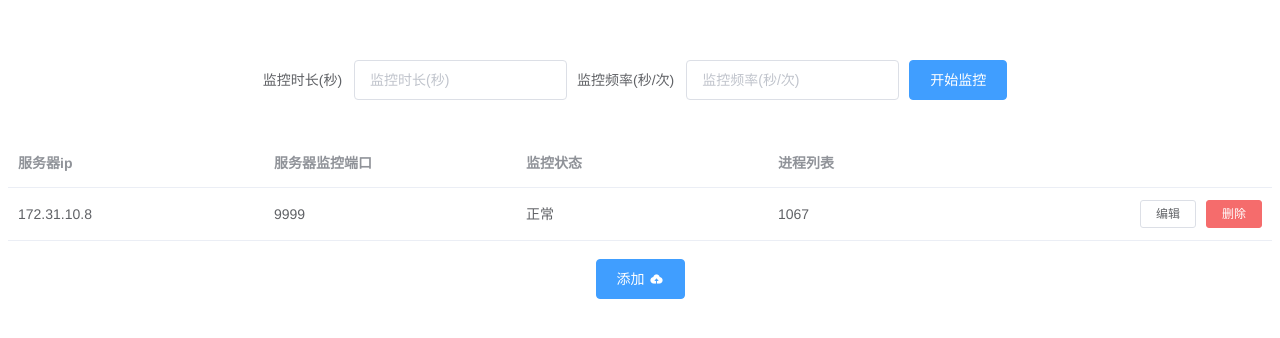
Repository: jiuceng1/monitor
Page: /#/show (app in nmonvue/)
The author's editor kept a copy of each file at every save. The page is drawn from the files as they stood at one save, then again after the next save.
The browser window is 1280 px wide. The pictures show the whole page.
The project was rebuilt for these pictures with package versions that can differ from the ones it lists, and the page was loaded fresh each time. Also part of the build but not shown: nmonvue/src/components/HelloWorld.vue.

Above is the page before, as saved 2022-01-13 16:30:41.

### nmonvue/index.html
<!DOCTYPE html>
<html>
  <head>
    <meta charset="utf-8">
    <meta name="viewport" content="width=device-width,initial-scale=1.0">
    <title>nmonvue</title>
  </head>
  <body>
    <div id="app"></div>
    <!-- built files will be auto injected -->
  </body>
</html>

### nmonvue/src/router/index.js
import Vue from 'vue'
import Router from 'vue-router'
import HelloWorld from '@/components/HelloWorld'

Vue.use(Router)

export default new Router({
  routes: [
    {
      path: '/',
      name: 'HelloWorld',
      component: HelloWorld
    },{
      path: '/show',
      name: 'show',
      component:()=>import('@/view/show')
    }
  ]
})

### nmonvue/src/view/show.vue
<template>
    <div>
        <el-form :inline="true" :model="formInline" class="demo-form-inline">
        <el-form-item label="监控时长(秒)">
            <el-input v-model="formInline.duration" placeholder="监控时长(秒)"></el-input>
        </el-form-item>
        <el-form-item label="监控频率(秒/次)">
            <el-input v-model="formInline.frequency" placeholder="监控频率(秒/次)"></el-input>
        </el-form-item>
        <el-form-item>
            <el-button type="primary">开始监控</el-button>
        </el-form-item>
        </el-form>
        <br/>
    <el-table
    :data="tableData.filter(data => !search || data.name.toLowerCase().includes(search.toLowerCase()))"
    style="width: 100%">
    <el-table-column
      label="服务器ip"
      prop="ip">
    </el-table-column>
    <el-table-column
      label="服务器监控端口"
      prop="port">
    </el-table-column>
    <el-table-column
      label="监控状态"
      prop="state">
    </el-table-column>
    <el-table-column
      label="进程列表"
      prop="processList">
    </el-table-column>
    <el-table-column
      align="right">
      <template slot-scope="scope">
        <el-button
          size="mini"
          @click="handleEdit(scope.$index, scope.row)">编辑</el-button>
        <el-button
          size="mini"
          type="danger"
          @click="handleDelete(scope.$index, scope.row)">删除</el-button>
      </template>
    </el-table-column>
  </el-table>
  <br/>
  <el-button type="primary" @click="showEnable=true">添加<i class="el-icon-upload el-icon--right"></i></el-button>
  <el-dialog title="添加服务器" :visible.sync="showEnable">
  <el-form :model="form">
    <el-form-item label="服务器ip" :label-width="formLabelWidth">
      <el-input v-model="form.ip" autocomplete="off"></el-input>
    </el-form-item>
    <el-form-item label="服务器账号" :label-width="formLabelWidth">
      <el-input v-model="form.account" autocomplete="off"></el-input>
    </el-form-item>
    <el-form-item label="服务器密码" :label-width="formLabelWidth">
      <el-input v-model="form.password" autocomplete="off"></el-input>
    </el-form-item>
    <el-form-item label="监控端口" :label-width="formLabelWidth">
      <el-input v-model="form.port" autocomplete="off"></el-input>
    </el-form-item>
    <el-form-item label="监控进程列表" :label-width="formLabelWidth">
      <el-input v-model="form.processList" autocomplete="off"></el-input>
    </el-form-item>
  </el-form>
  <div slot="footer" class="dialog-footer">
    <el-button @click="showEnable = false">取 消</el-button>
    <el-button type="primary" @click="update()">确 定</el-button>
  </div>
</el-dialog>
</div>
</template>

<script>
import axios from 'axios'
  export default {
    data() {
      return {
          formInline: {
          duration: '',
          frequency: ''
        },
        showEnable: false,
        tableData: [{
          ip: '172.31.10.8',
          port: '9999',
          state: '正常',
          processList: '1067'
        }],
        search: '',
        form: {
          ip: '',
          account: '',
          password: '',
          port: '',
          processList: '',
        },
        formLabelWidth: '120px'
      }
    },
    methods: {
      handleEdit(index, row) {
        this.form=row
        this.showEnable=true
      },
      handleDelete(index) {
        this.tableData.splice(index,1)
      },
      update(){
        axios({
            url : 'http://127.0.0.1:8000/api/testapi/',
            method : 'post',
            data : this.form,
        }).then((response)=>{
            console.log(response.data)
            if(response.data=='True'){
                this.tableData.push({
                ip: this.form.ip,
                port: this.form.port,
                state: '正常',
                processList: this.form.processList
                })
            }
        })
        this.showEnable=false
      }
    },
  }
</script>

Loaded but not shown: nmonvue/src/main.js (common file); nmonvue/src/App.vue (common file)

After the next save:
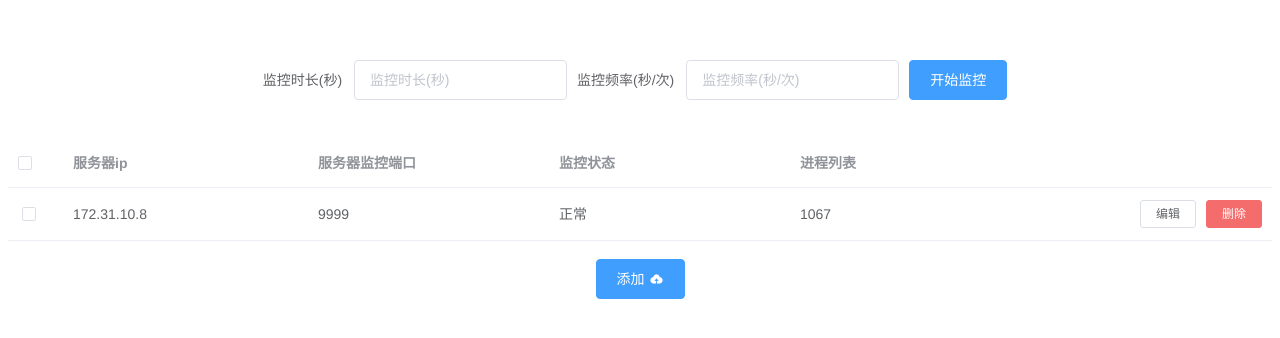
Saved 26 min 49 s later.
--- a/nmonvue/src/view/show.vue
+++ b/nmonvue/src/view/show.vue
@@ -13,8 +13,13 @@
         </el-form>
         <br/>
     <el-table
-    :data="tableData.filter(data => !search || data.name.toLowerCase().includes(search.toLowerCase()))"
+    :data="tableData"
+     @selection-change="handleSelectionChange">
     style="width: 100%">
+    <el-table-column
+      type="selection"
+      width="55">
+    </el-table-column>
     <el-table-column
       label="服务器ip"
       prop="ip">
@@ -107,6 +112,9 @@ import axios from 'axios'
       handleDelete(index) {
         this.tableData.splice(index,1)
       },
+       handleSelectionChange(val) {
+        this.multipleSelection = val;
+      },
       update(){
         axios({
             url : 'http://127.0.0.1:8000/api/testapi/',
